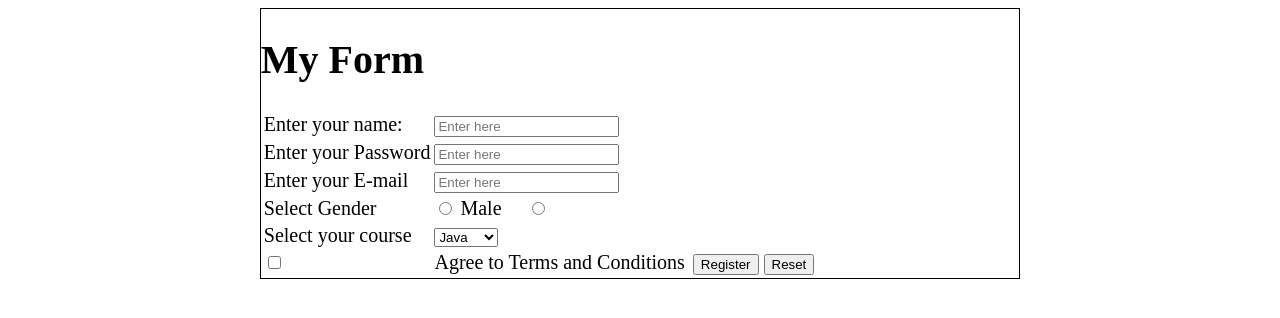
Repository: Amit7Akt/EJB
Page: FormSubmission/src/main/webapp/index.html
An editor plug-in stored every save of this project. The page is shown before and after the next save, followed by the edit.
The browser window is 1280 px wide. The pictures show the whole page.

Above is the page before, as saved 2022-11-22 06:43:37.

After the next save:
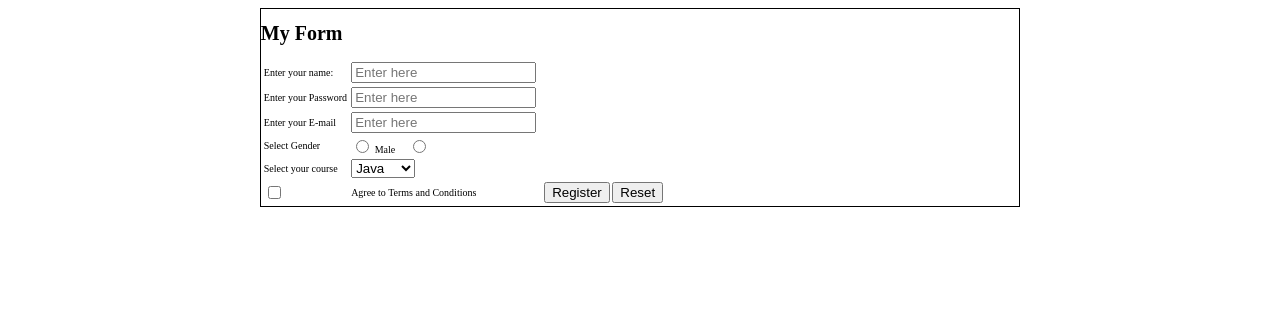
Saved 14 s later.
--- a/FormSubmission/src/main/webapp/index.html
+++ b/FormSubmission/src/main/webapp/index.html
@@ -8,7 +8,7 @@
 				width: 60%;
 				border : 1px solid black;
 				margin: auto;
-				font-size: 20px;
+				font-size: 10px;
 				}
 
 
